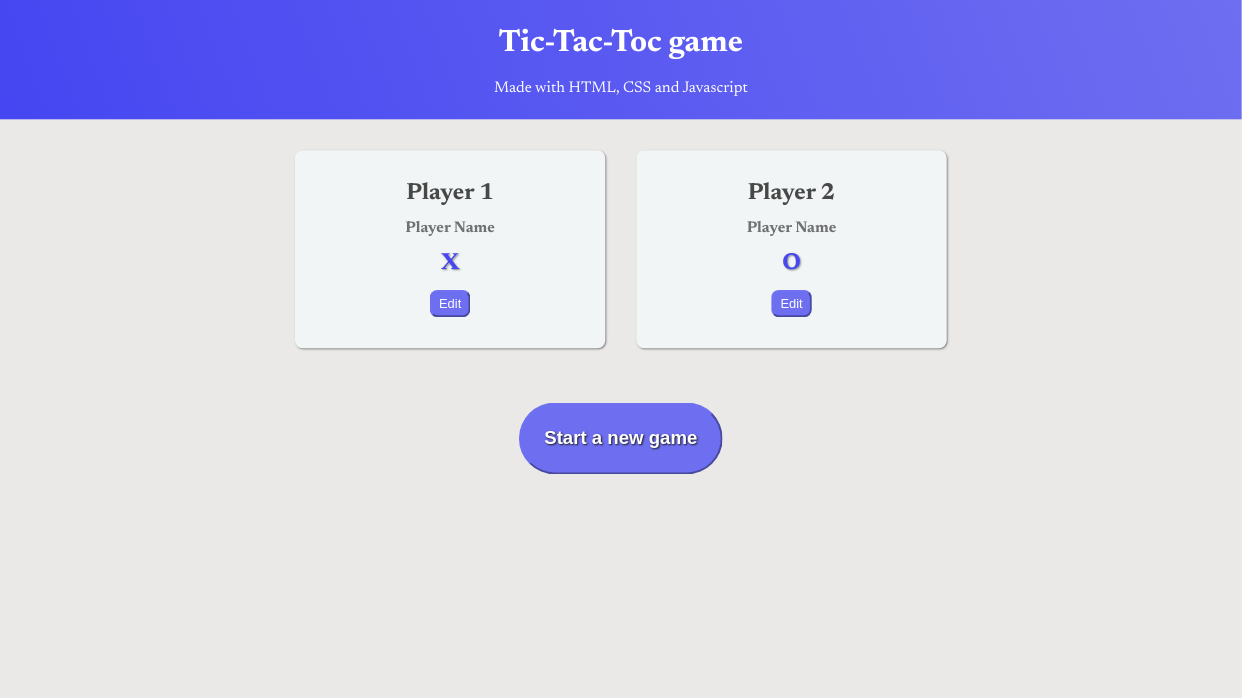
Repository: MicTomm/Tic-tac-toe-game
Page: index.html
These files come from the project's save history. The page is drawn as it stood at one moment and after the next save; the edit follows.
The browser window is 1280 px wide. The pictures show the whole page, at 97% of full size.
After loading, the first visible `#start-game-btn` was clicked once.

Above is the page before, as saved 2023-06-25 14:08:42.

After the next save:
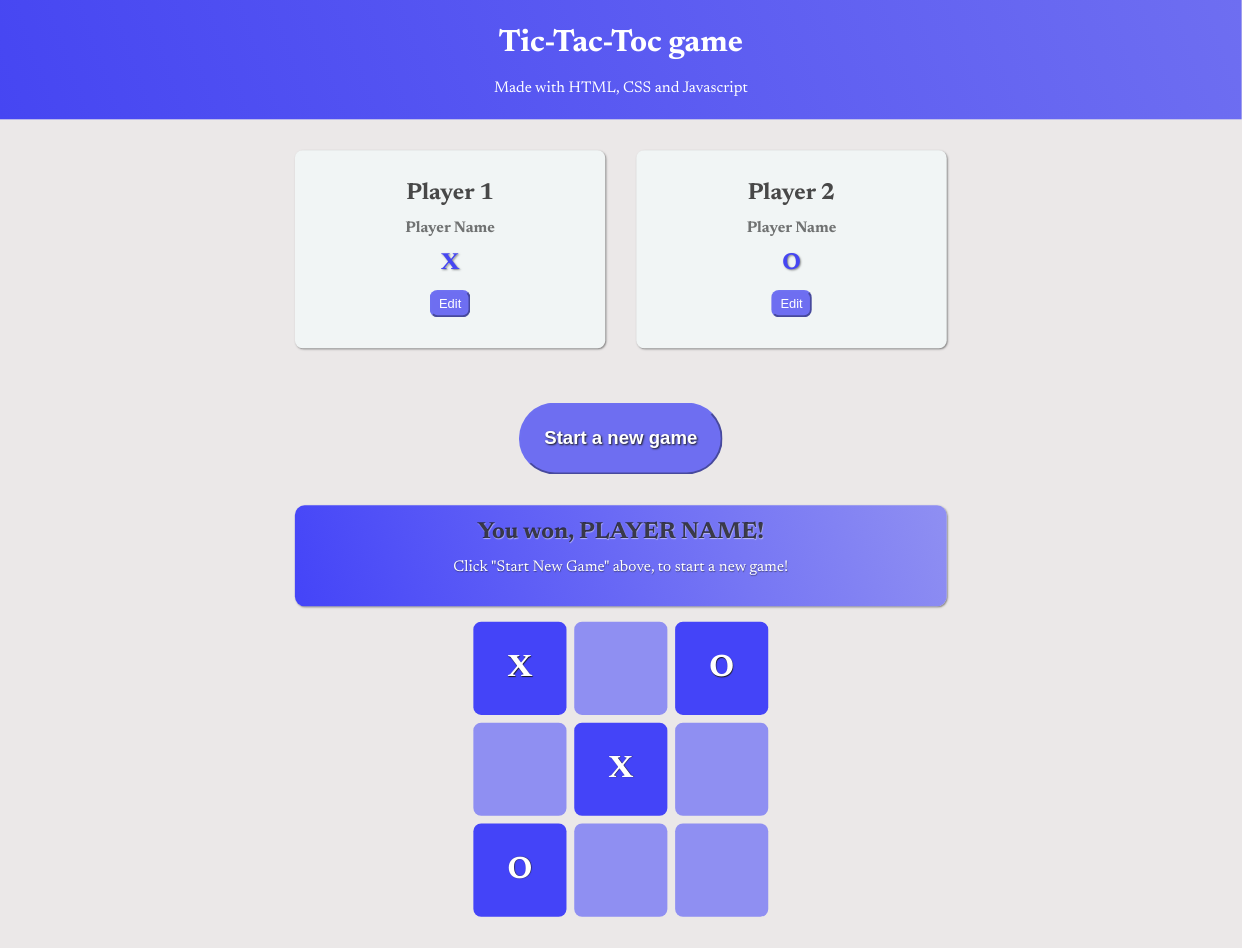
Saved 13 s later.
--- a/scripts/game.js
+++ b/scripts/game.js
@@ -1,3 +1,3 @@
 function startNewGame(){
-    gameExecutionSection.classList.add('game-execution1');
+    gameExecutionSection.classList.add('game-execution');
 }

After the save that followed:
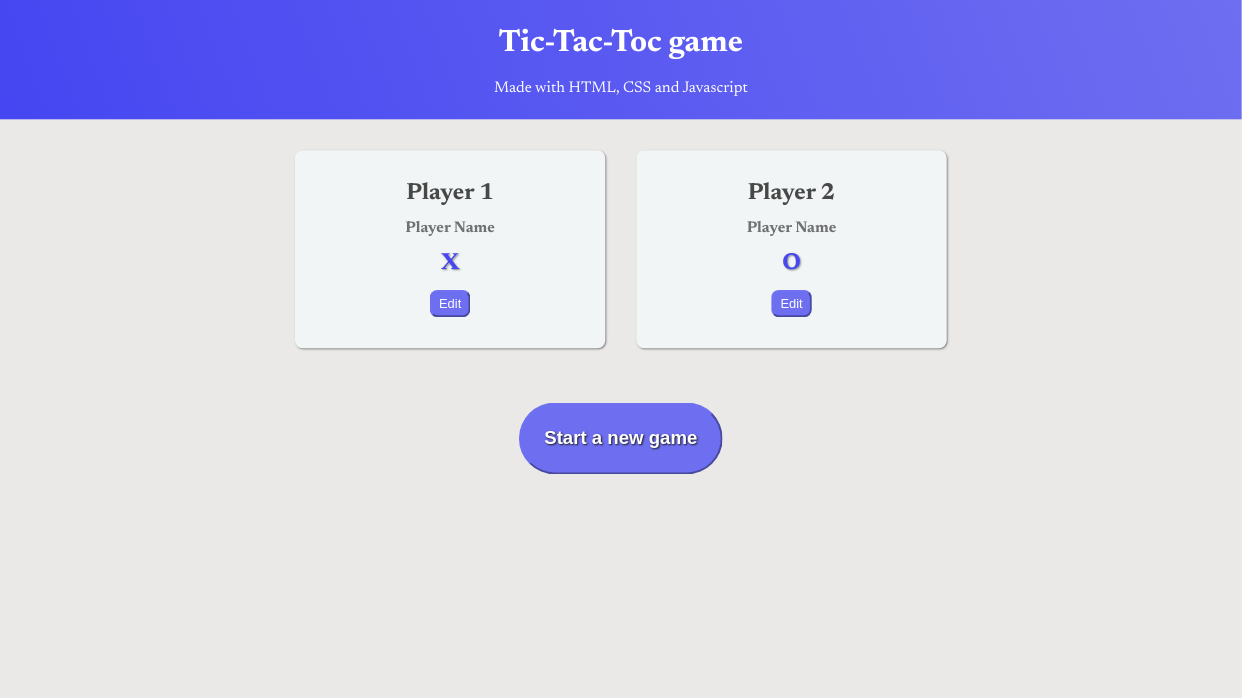
Saved 5 s later.
--- a/styles/game-execution.css
+++ b/styles/game-execution.css
@@ -38,7 +38,7 @@
     padding: 0rem;
 }
 
-.game-execution1{
+.game-execution{
     display: none;
 }
 
